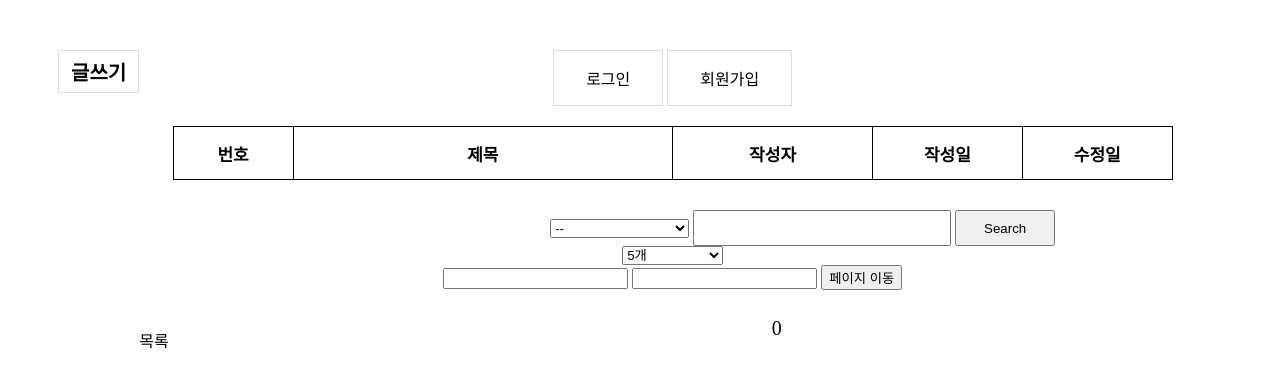
Repository: Shim-YoungDo/gaea-study
Page: http://localhost/study/WEB-INF/views/board/list.jsp
The author's editor kept a copy of each file at every save. The page is drawn from the files as they stood at one save, then again after the next save.
The browser window is 1280 px wide. The pictures show the whole page.
The page is served by Tomcat 9. Nobody is signed in. The template is opened directly, without the code that normally fills it, so the values that code supplies are empty.

Above is the page before, as saved 2021-12-09 12:30:35.

After the next save:
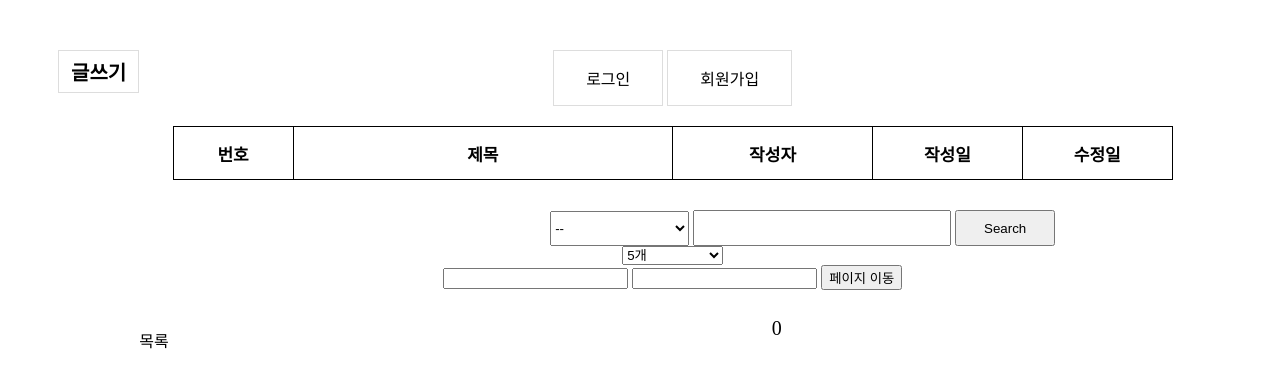
Saved 14 min 35 s later.
--- a/study/src/main/webapp/resources/css/board/list.css
+++ b/study/src/main/webapp/resources/css/board/list.css
@@ -120,6 +120,10 @@ a{
     height: 36px;
   }
 
+  .search_area select{
+  	height:35px;
+  }
+
 
  a:link {color:black; text-decoration: none;}
  a:visited {color:black; text-decoration: none;}
